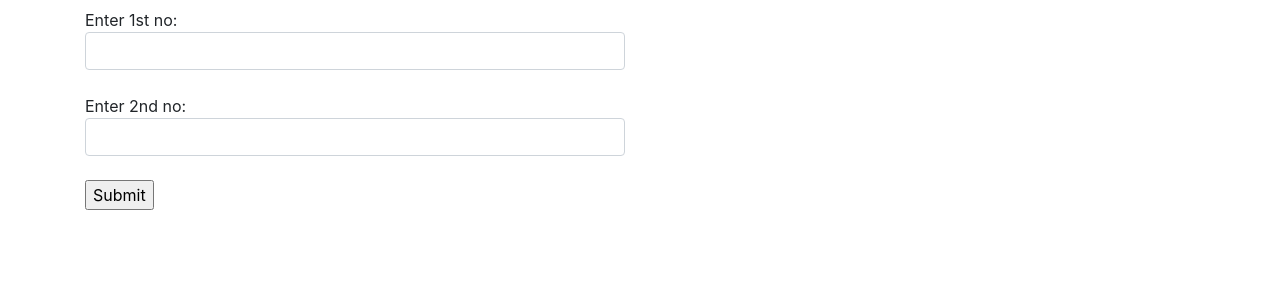
Repository: zinmyoswe/Learning-JSP-and-Servlet
Page: DemoApp/WebContent/index.html
An editor plug-in stored every save of this project. The page is shown before and after the next save, followed by the edit.
The browser window is 1280 px wide. The pictures show the whole page.

Above is the page before, as saved 2019-12-11 11:07:55.

After the next save:
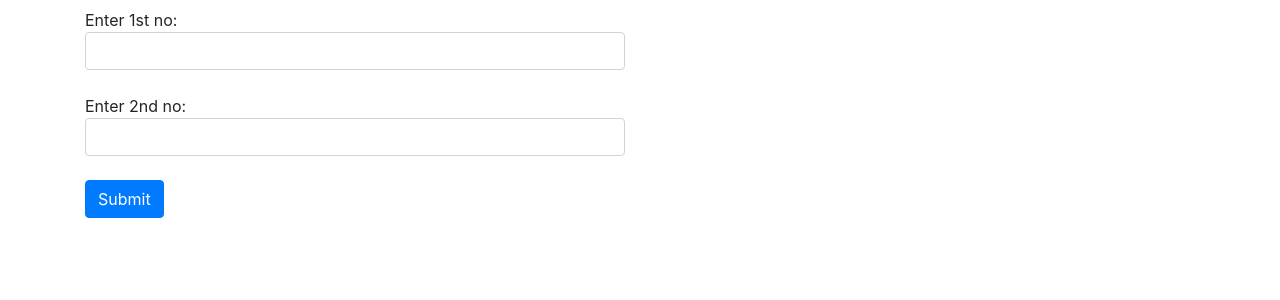
Saved 20 s later.
--- a/DemoApp/WebContent/index.html
+++ b/DemoApp/WebContent/index.html
@@ -18,7 +18,7 @@
     		  	Enter 1st no: <input type="text" name="num1" class="form-control"><br>
     		  	Enter 2nd no: <input type="text" name="num2" class="form-control"><br>
 
-    		  	<input type="submit">
+    		  	<input type="submit" class="btn btn-primary">
     		  </form>
     		</div>
     	</div>
